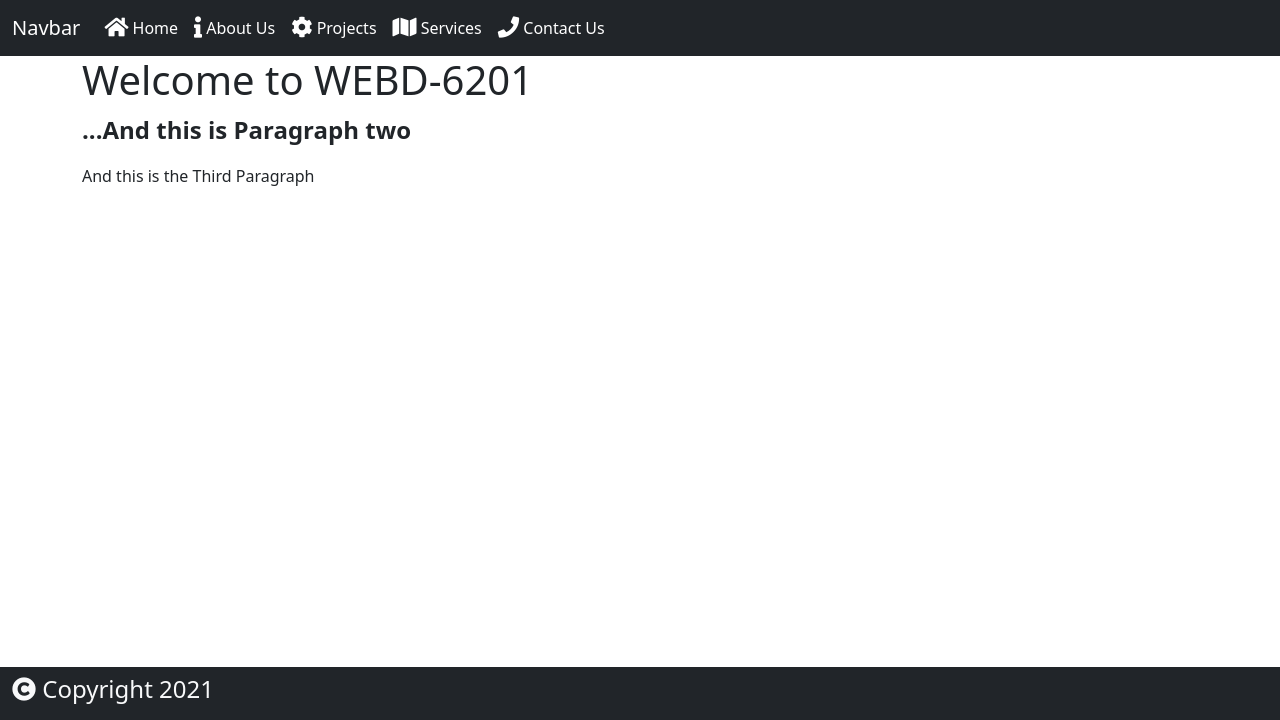
Repository: CKM206/WEBD6201-W2021---ICE1
Page: contact.html
These files come from the project's save history. The page is drawn as it stood at one moment and after a run of saves; the edit follows.
The browser window is 1280 px wide. The pictures show the whole page.

Above is the page before, as saved 2021-01-21 08:49:33.

After the next 2 saves:
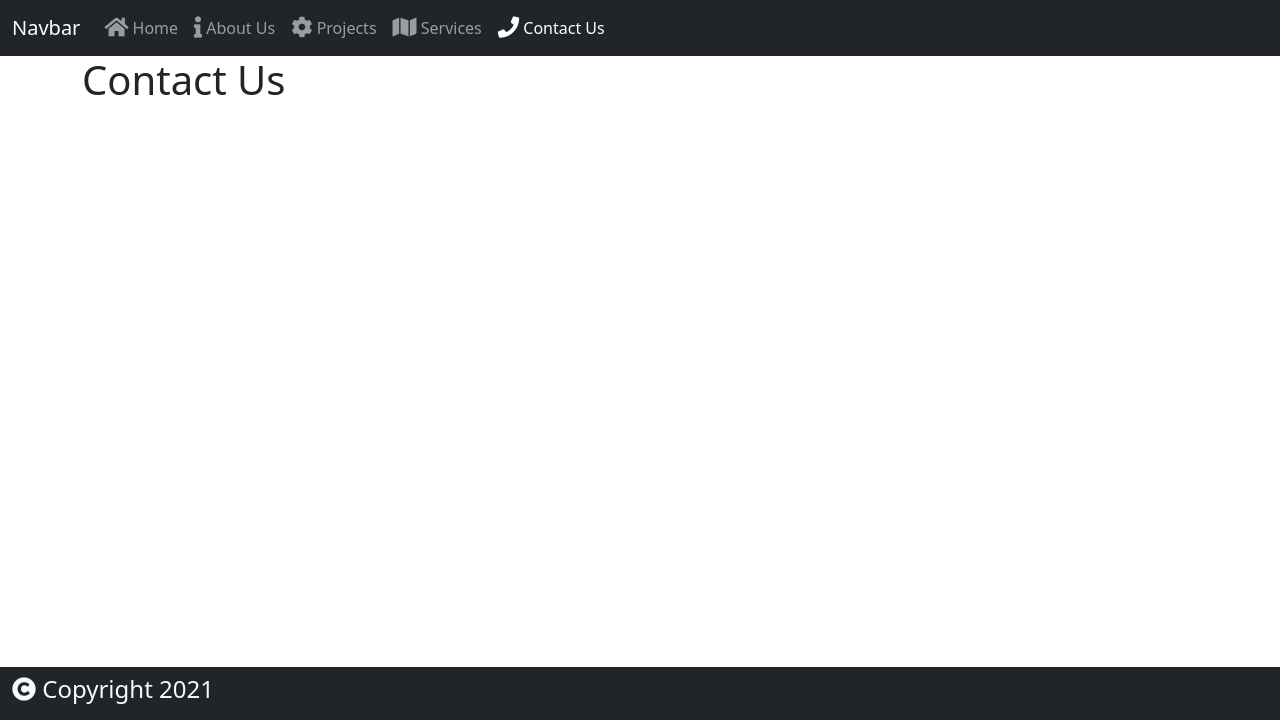
Console error: TypeError: Cannot set properties of null (setting 'textContent')
The 2 saves are shown as one change because they came seconds apart.
The last was saved 25 s later.
--- a/contact.html
+++ b/contact.html
@@ -27,16 +27,16 @@
               <div class="collapse navbar-collapse" id="navbarSupportedContent">
                 <ul class="navbar-nav me-auto mb-2 mb-lg-0">
                   <li class="nav-item">
-                    <a class="nav-link active" aria-current="page" href="index.html"><i class="fas fa-home fa-lg"></i> Home</a>
+                    <a class="nav-link" aria-current="page" href="index.html"><i class="fas fa-home fa-lg"></i> Home</a>
                   </li>
                   <li class="nav-item">
-                    <a class="nav-link active" aria-current="page" href="about.html"><i class="fas fa-info fa-lg"></i> About Us</a>
+                    <a class="nav-link" aria-current="page" href="about.html"><i class="fas fa-info fa-lg"></i> About Us</a>
                   </li>
                   <li class="nav-item">
-                    <a class="nav-link active" aria-current="page" href="projects.html"><i class="fas fa-cog fa-lg"></i> Projects</a>
+                    <a class="nav-link" aria-current="page" href="projects.html"><i class="fas fa-cog fa-lg"></i> Projects</a>
                   </li>
                   <li class="nav-item">
-                    <a class="nav-link active" aria-current="page" href="services.html"><i class="fas fa-map fa-lg"></i> Services</a>
+                    <a class="nav-link" aria-current="page" href="services.html"><i class="fas fa-map fa-lg"></i> Services</a>
                   </li>
                   <li class="nav-item">
                     <a class="nav-link active" aria-current="page" href="contacts.html"><i class="fas fa-phone fa-lg"></i> Contact Us</a>
@@ -48,8 +48,7 @@
     </header>
     <!-- Main Content -->
     <main class="container">
-        <h1>Welcome to WEBD-6201</h1>
-        <p id="paragraphOne"></p>
+        <h1>Contact Us</h1>
     </main>
 
     <!-- Footer Section -->
